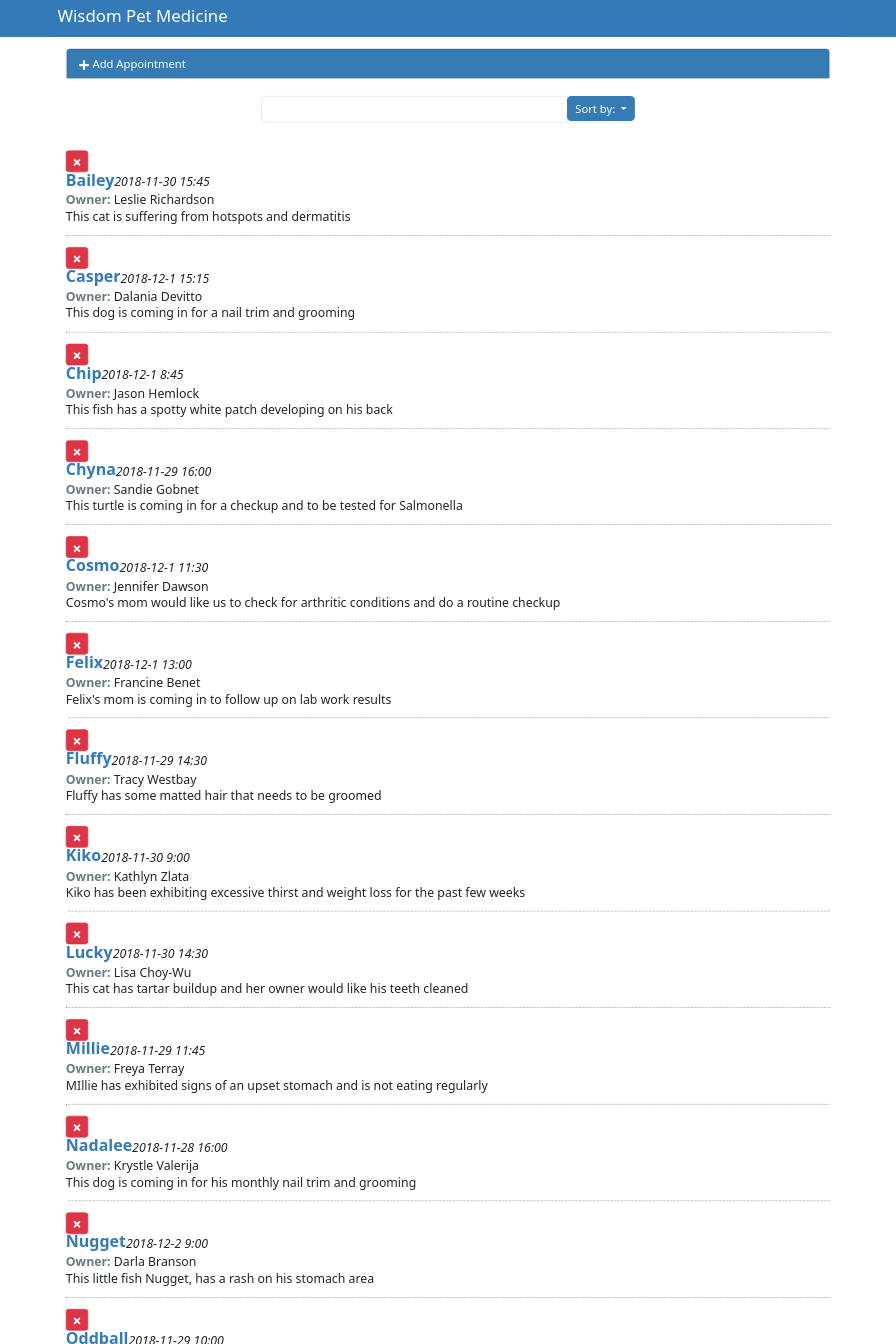
Repository: DevLuDaley/reactinterface
Page: /
The author's editor kept a copy of each file at every save. The page is drawn from the files as they stood at one save, then again after the next save.
The browser window is 1280 px wide. The pictures show the part of the page from y = 0 to 1920 px (the page is 3716 px tall), at 70% of full size.
The project was rebuilt for these pictures with package versions that can differ from the ones it lists, and the page was loaded fresh each time.

Above is the page before, as saved 2021-02-04 19:49:20.

### public/index.html
<!DOCTYPE html>
<html lang="en">
  <head>
    <meta charset="utf-8" />
    <link rel="icon" href="%PUBLIC_URL%/favicon.ico" />
    <meta name="viewport" content="width=device-width, initial-scale=1" />
    <meta name="theme-color" content="#000000" />
    <meta
      name="description"
      content="Web site created using create-react-app"
    />
    <link rel="apple-touch-icon" href="%PUBLIC_URL%/logo192.png" />
    <!--
      manifest.json provides metadata used when your web app is installed on a
      user's mobile device or desktop. See https://developers.google.com/web/fundamentals/web-app-manifest/
    -->
    <link rel="manifest" href="%PUBLIC_URL%/manifest.json" />
    <!--
      Notice the use of %PUBLIC_URL% in the tags above.
      It will be replaced with the URL of the `public` folder during the build.
      Only files inside the `public` folder can be referenced from the HTML.

      Unlike "/favicon.ico" or "favicon.ico", "%PUBLIC_URL%/favicon.ico" will
      work correctly both with client-side routing and a non-root public URL.
      Learn how to configure a non-root public URL by running `npm run build`.
    -->
    <title>React App</title>
  </head>
  <body>
    <noscript>You need to enable JavaScript to run this app.</noscript>
    <header class="container text-white">
      <h4 class="py-2">Wisdom Pet Medicine</h4>
    </header>

    <div id="root"></div>

    <footer class="container d-flex text-white py-2">
      <p>
        All contents &copy; 2018
        <a href="https://www.linkedin.com/learning">LinkedIn Learning</a>. All
        rights reserved.
      </p>
      <div class="ml-auto">
        <a class="d-block text-white" href="#">Terms of use</a>
        <a class="d-block text-white" href="#">Privacy policy</a>
      </div>
      <!-- col-md-6 -->
    </footer>
    <!-- footer -->
  </body>
</html>

### src/index.js
import React from 'react';
import ReactDOM from 'react-dom';
import 'bootstrap/dist/css/bootstrap.css'
import './css/index.css';
import App from './components/App';
import reportWebVitals from './reportWebVitals';
// import * as serviceWorker from './serviceWorker';
import 'jquery/dist/jquery'
import 'popper.js/dist/umd/popper'
import 'bootstrap/dist/js/bootstrap'

ReactDOM.render(
  <React.StrictMode>
    <App />
  </React.StrictMode>,
  document.getElementById('root')
);

// If you want to start measuring performance in your app, pass a function
// to log results (for example: reportWebVitals(console.log))
// or send to an analytics endpoint. Learn more: https://bit.ly/CRA-vitals
// serviceWorker.unregister()
reportWebVitals();

### src/components/App.js
import React, { Component } from 'react';
import '../css/App.css';

import AddAppointments from './AddAppointments';
import SearchAppointments from './SearchAppointments';
import ListAppointments from './ListAppointments';

import { without } from 'lodash';

class App extends Component {
  constructor() {
    super();
    this.state = {
      myAppointments: [],
      formDisplay: false,
      orderBy: 'petName',
      orderDir: 'asc',
      lastIndex: 0
    };
    this.deleteAppointment = this.deleteAppointment.bind(this);
    this.toggleForm = this.toggleForm.bind(this);
    this.addAppointment = this.addAppointment.bind(this);
  }

  toggleForm() {
    this.setState({
      formDisplay: !this.state.formDisplay
    });
  }

  addAppointment(apt) {
    let tempApts = this.state.myAppointments;
    apt.aptId = this.state.lastIndex;
    tempApts.unshift(apt);
    this.setState({
      myAppointments: tempApts,
      lastIndex: this.state.lastIndex + 1
    });
  }

  deleteAppointment(apt) {
    let tempApts = this.state.myAppointments;
    tempApts = without(tempApts, apt);

    this.setState({
      myAppointments: tempApts
    });
  }

  componentDidMount() {
    fetch('./data.json')
      .then(response => response.json())
      .then(result => {
        const apts = result.map(item => {
          item.aptId = this.state.lastIndex;
          this.setState({ lastIndex: this.state.lastIndex + 1 });
          return item;
        });
        this.setState({
          myAppointments: apts
        });
      });
  }

  render() {
    let order;
    let filteredApts = this.state.myAppointments;
    if (this.state.orderDir === 'asc') {
      order = 1;
    } else {
      order = -1;
    }

    filteredApts.sort((a, b) => {
      if (
        a[this.state.orderBy].toLowerCase() <
        b[this.state.orderBy].toLowerCase()
      ) {
        return -1 * order;
      } else {
        return 1 * order;
      }
    });

    return (
      <main className="page bg-white" id="petratings">
        <div className="container">
          <div className="row">
            <div className="col-md-12 bg-white">
              <div className="container">
                <AddAppointments
                  formDisplay={this.state.formDisplay}
                  toggleForm={this.toggleForm}
                  addAppointment={this.addAppointment}
                />
                <SearchAppointments />
                <ListAppointments
                  appointments={filteredApts}
                  deleteAppointment={this.deleteAppointment}
                />
              </div>
            </div>
          </div>
        </div>
      </main>
    );
  }
}

export default App;

### src/components/AddAppointments.js
import React, { Component } from 'react';
import { FaPlus } from 'react-icons/fa';

class AddAppointments extends Component {
  constructor() {
    super();
    this.state = {
      petName: '',
      ownerName: '',
      aptDate: '',
      aptTime: '',
      aptNotes: ''
    };
    this.handleChange = this.handleChange.bind(this);
    this.handleAdd = this.handleAdd.bind(this);
  }

  handleAdd(e) {
    e.preventDefault();
    let tempApt = {
      petName: this.state.petName,
      ownerName: this.state.ownerName,
      aptDate: this.state.aptDate + ' ' + this.state.aptTime,
      aptNotes: this.state.aptNotes
    };

    this.props.addAppointment(tempApt);

    this.setState({
      petName: '',
      ownerName: '',
      aptDate: '',
      aptTime: '',
      aptNotes: ''
    });
    this.props.toggleForm();
  }

  handleChange(e) {
    const target = e.target;
    const value = target.value;
    const name = target.name;

    this.setState({
      [name]: value
    });
  }

  render() {
    return (
      <div
        className={
          'card textcenter mt-3 ' +
          (this.props.formDisplay ? '' : 'add-appointment')
        }
      >
        <div
          className="apt-addheading card-header bg-primary text-white"
          onClick={this.props.toggleForm}
        >
          <FaPlus /> Add Appointment
        </div>

        <div className="card-body">
          <form id="aptForm" noValidate onSubmit={this.handleAdd}>
            <div className="form-group form-row">
              <label
                className="col-md-2 col-form-label text-md-right"
                htmlFor="petName"
                readOnly
              >
                Pet Name
              </label>
              <div className="col-md-10">
                <input
                  type="text"
                  className="form-control"
                  name="petName"
                  placeholder="Pet's Name"
                  value={this.state.petName}
                  onChange={this.handleChange}
                />
              </div>
            </div>

            <div className="form-group form-row">
              <label
                className="col-md-2 col-form-label text-md-right"
                htmlFor="ownerName"
              >
                Pet Owner
              </label>
              <div className="col-md-10">
                <input
                  type="text"
                  className="form-control"
                  name="ownerName"
                  placeholder="Owner's Name"
                  value={this.state.ownerName}
                  onChange={this.handleChange}
                />
              </div>
            </div>

            <div className="form-group form-row">
              <label
                className="col-md-2 col-form-label text-md-right"
                htmlFor="aptDate"
              >
                Date
              </label>
              <div className="col-md-4">
                <input
                  type="date"
                  className="form-control"
                  name="aptDate"
                  id="aptDate"
                  value={this.state.aptDate}
                  onChange={this.handleChange}
                />
              </div>
              <label
                className="col-md-2 col-form-label text-md-right"
                htmlFor="aptTime"
              >
                Time
              </label>
              <div className="col-md-4">
                <input
                  type="time"
                  className="form-control"
                  name="aptTime"
                  id="aptTime"
                  value={this.state.aptTime}
                  onChange={this.handleChange}
                />
              </div>
            </div>

            <div className="form-group form-row">
              <label className="col-md-2 text-md-right" htmlFor="aptNotes">
                Apt. Notes
              </label>
              <div className="col-md-10">
                <textarea
                  className="form-control"
                  rows="4"
                  cols="50"
                  name="aptNotes"
                  id="aptNotes"
                  placeholder="Appointment Notes"
                  value={this.state.aptNotes}
                  onChange={this.handleChange}
                />
              </div>
            </div>

            <div className="form-group form-row mb-0">
              <div className="offset-md-2 col-md-10">
                <button
                  type="submit"
                  className="btn btn-primary d-block ml-auto"
                >
                  Add Appointment
                </button>
              </div>
            </div>
          </form>
        </div>
      </div>
    );
  }
}

export default AddAppointments;

### src/components/SearchAppointments.js
import React, { Component } from 'react';

class SearchAppointments extends Component {
  render() {
    return (
      <div className="search-appointments row justify-content-center my-4">
        <div className="col-md-6">
          <div className="input-group">
            <input
              id="SearchApts"
              type="text"
              className="form-control"
              aria-label="Search Appointments"
            />
            <div className="input-group-append">
              <button
                type="button"
                className="btn btn-primary dropdown-toggle"
                data-toggle="dropdown"
                aria-haspopup="true"
                aria-expanded="false"
              >
                Sort by: <span className="caret" />
              </button>

              <div className="sort-menu dropdown-menu dropdown-menu-right">
                <button className="sort-by dropdown-item" href="#">
                  Pet Name
                </button>
                <button className="sort-by dropdown-item" href="#">
                  Date
                </button>
                <button className="sort-by dropdown-item" href="#">
                  Owner
                </button>
                <div role="separator" className="dropdown-divider" />
                <button className="sort-by dropdown-item" href="#">
                  Asc
                </button>
                <button className="sort-by dropdown-item" href="#">
                  Desc
                </button>
              </div>
            </div>
          </div>
        </div>
      </div>
    );
  }
}

export default SearchAppointments;

### src/components/ListAppointments.js
import React, { Component } from 'react';
import { FaTimes } from 'react-icons/fa';
// import Moment from 'react-moment';

class ListAppointments extends Component {
  render() {
    return (
      <div className="appointment-list item-list mb-3">
        {this.props.appointments.map(item => (
          <div className="pet-item col media py-3" key={item.aptId}>
            <div className="mr-3">
              <button
                className="pet-delete btn btn-sm btn-danger"
                onClick={() => this.props.deleteAppointment(item)}>
                <FaTimes />
              </button>
            </div>

            <div className="pet-info media-body">
              <div className="pet-head d-flex">
                <span className="pet-name">{item.petName}</span>
                <span className="apt-date ml-auto">
                  {/* <Moment */}
                    {/* date= */}
                    {item.aptDate}
                    {/* parse="YYYY-MM-dd hh:mm" */}
                    {/* format="MMM-D h:mma" */}
                  {/* /> */}
                </span>
              </div>

              <div className="owner-name">
                <span className="label-item">Owner: </span>
                <span>{item.ownerName}</span>
              </div>
              <div className="apt-notes">{item.aptNotes}</div>
            </div>
          </div>
        ))}
      </div>
    );
  }
}

export default ListAppointments;

### public/data.json
[
  {
    "petName": "Pepe",
    "ownerName": "Reggie Tupp",
    "aptNotes": "It's time for this rabbit's post spaying surgery checkup",
    "aptDate": "2018-11-28 13:30"
  },
  {
    "petName": "Rio",
    "ownerName": "Philip Ransu",
    "aptNotes": "Rio is up for his next round of vaccinations",
    "aptDate": "2018-11-28 10:15"
  },
  {
    "petName": "Scooter",
    "ownerName": "Zachary Heilyn",
    "aptNotes": "Scooter has been pawing at his ear and may have an ear infection",
    "aptDate": "2018-11-28 14:45"
  },
  {
    "petName": "Nadalee",
    "ownerName": "Krystle Valerija",
    "aptNotes": "This dog is coming in for his monthly nail trim and grooming",
    "aptDate": "2018-11-28 16:00"
  },
  {
    "petName": "Scout",
    "ownerName": "Nicolette Bardeau",
    "aptNotes": "This dog is coming in for his annual checkup and vaccinations",
    "aptDate": "2018-11-28 9:00"
  },
  {
    "petName": "Zera",
    "ownerName": "Austin Finnagan",
    "aptNotes": "This iguana's is showing signs of dementia associated with his old age",
    "aptDate": "2018-11-29 13:15"
  },
  {
    "petName": "Oddball",
    "ownerName": "Howie Cadell",
    "aptNotes": "Oddball has a hard lump on right front foot",
    "aptDate": "2018-11-29 10:00"
  },
  {
    "petName": "Millie",
    "ownerName": "Freya Terray",
    "aptNotes": "MIllie has exhibited signs of an upset stomach and is not eating regularly",
    "aptDate": "2018-11-29 11:45"
  },
  {
    "petName": "Fluffy",
    "ownerName": "Tracy Westbay",
    "aptNotes": "Fluffy has some matted hair that needs to be groomed",
    "aptDate": "2018-11-29 14:30"
  },
  {
    "petName": "Chyna",
    "ownerName": "Sandie Gobnet",
    "aptNotes": "This turtle is coming in for a checkup and to be tested for Salmonella",
    "aptDate": "2018-11-29 16:00"
  },
  {
    "petName": "Wesley",
    "ownerName": "Nathan Cayden",
    "aptNotes": "This dog is returning for his next heartworm treatment visit",
    "aptDate": "2018-11-29 8:30"
  },
  {
    "petName": "Pax",
    "ownerName": "Sarah Greer",
    "aptNotes": "This senior dog has been sluggish and showing lethargic behavior",
    "aptDate": "2018-11-30 10:15"
  },
  {
    "petName": "Squiggles",
    "ownerName": "Madisyn Roope",
    "aptNotes": "Squiggles is due for her annual checkup and vaccinations",
    "aptDate": "2018-11-30 11:30"
  },
  {
    "petName": "Lucky",
    "ownerName": "Lisa Choy-Wu",
    "aptNotes": "This cat has tartar buildup and her owner would like his teeth cleaned",
    "aptDate": "2018-11-30 14:30"
  },
  {
    "petName": "Bailey",
    "ownerName": "Leslie Richardson",
    "aptNotes": "This cat is suffering from hotspots and dermatitis",
    "aptDate": "2018-11-30 15:45"
  },
  {
    "petName": "Kiko",
    "ownerName": "Kathlyn Zlata",
    "aptNotes": "Kiko has been exhibiting excessive thirst and weight loss for the past few weeks",
    "aptDate": "2018-11-30 9:00"
  },
  {
    "petName": "Felix",
    "ownerName": "Francine Benet",
    "aptNotes": "Felix's mom is coming in to follow up on  lab work results",
    "aptDate": "2018-12-1 13:00"
  },
  {
    "petName": "Sami",
    "ownerName": "Maggie Rickland",
    "aptNotes": "Sami has had some changes in his bathroom in habits",
    "aptDate": "2018-12-1 10:00"
  },
  {
    "petName": "Cosmo",
    "ownerName": "Jennifer Dawson",
    "aptNotes": "Cosmo's mom would like us to check for arthritic conditions and do a routine checkup",
    "aptDate": "2018-12-1 11:30"
  },
  {
    "petName": "Casper",
    "ownerName": "Dalania Devitto",
    "aptNotes": "This dog is coming in for a nail trim and grooming",
    "aptDate": "2018-12-1 15:15"
  },
  {
    "petName": "Chip",
    "ownerName": "Jason Hemlock",
    "aptNotes": "This fish has a spotty white patch developing on his back ",
    "aptDate": "2018-12-1 8:45"
  },
  {
    "petName": "Tibbs",
    "ownerName": "Shad Cayden",
    "aptNotes": "Tibbs has had an ongoing rash and cold symptoms and we are going to run allergy tests",
    "aptDate": "2018-12-2 13:30"
  },
  {
    "petName": "Stich",
    "ownerName": "Dennis Nicholback",
    "aptNotes": "Stich has been having some stomach issues and is due for his vaccinations",
    "aptDate": "2018-12-2 10:15"
  },
  {
    "petName": "Shadow",
    "ownerName": "Audry Topsy",
    "aptNotes": "This cat has a red swollen eye with a discharge",
    "aptDate": "2018-12-2 15:00"
  },
  {
    "petName": "Nugget",
    "ownerName": "Darla Branson",
    "aptNotes": "This little fish Nugget, has  a rash on his stomach area",
    "aptDate": "2018-12-2 9:00"
  }
]

Loaded but not shown: src/css/index.css (common file); src/reportWebVitals.js (common file); src/css/App.css (common file)

After the next save:
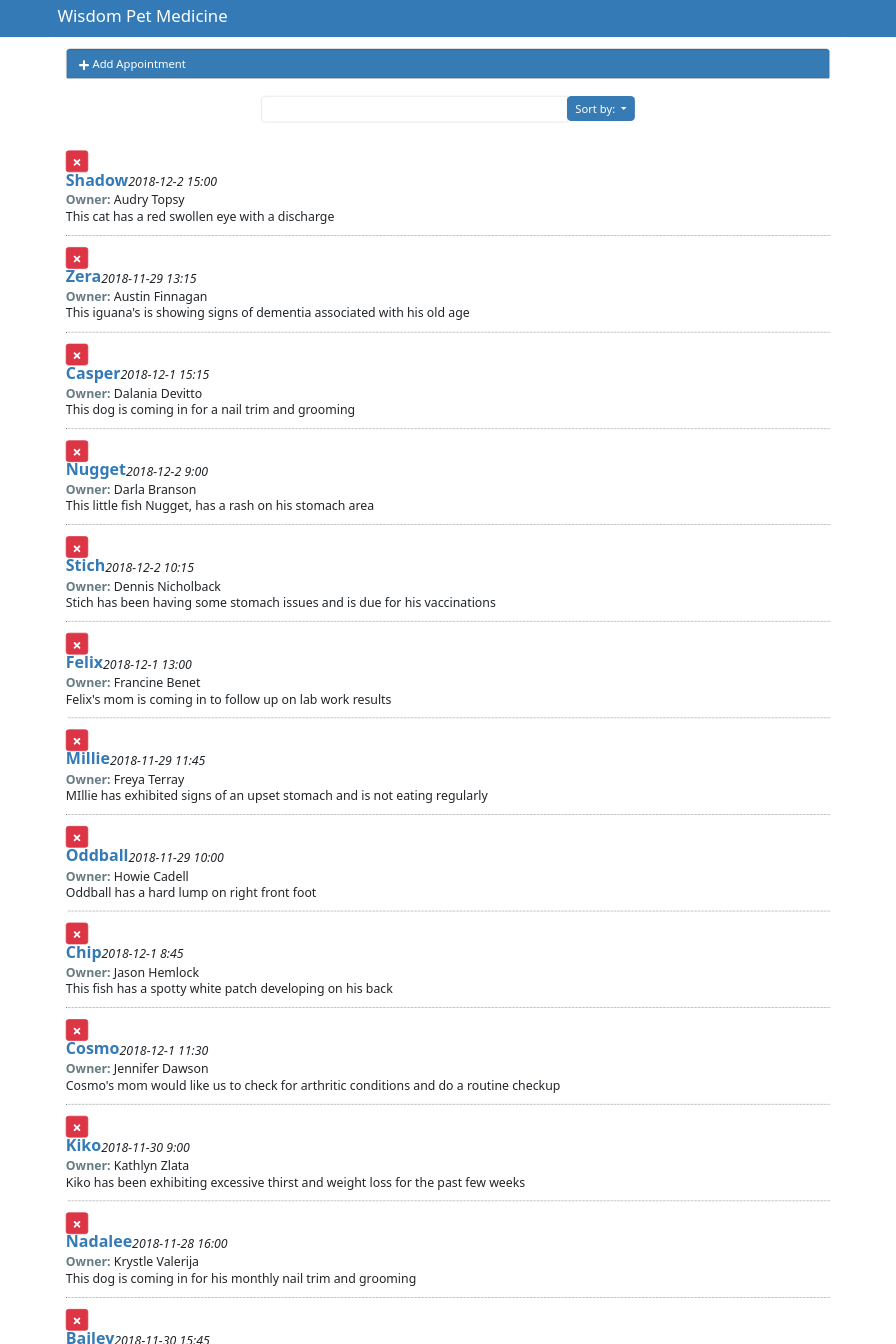
Saved 2 min 38 s later.
--- a/src/components/App.js
+++ b/src/components/App.js
@@ -13,7 +13,7 @@ class App extends Component {
     this.state = {
       myAppointments: [],
       formDisplay: false,
-      orderBy: 'petName',
+      orderBy: 'ownerName',
       orderDir: 'asc',
       lastIndex: 0
     };
